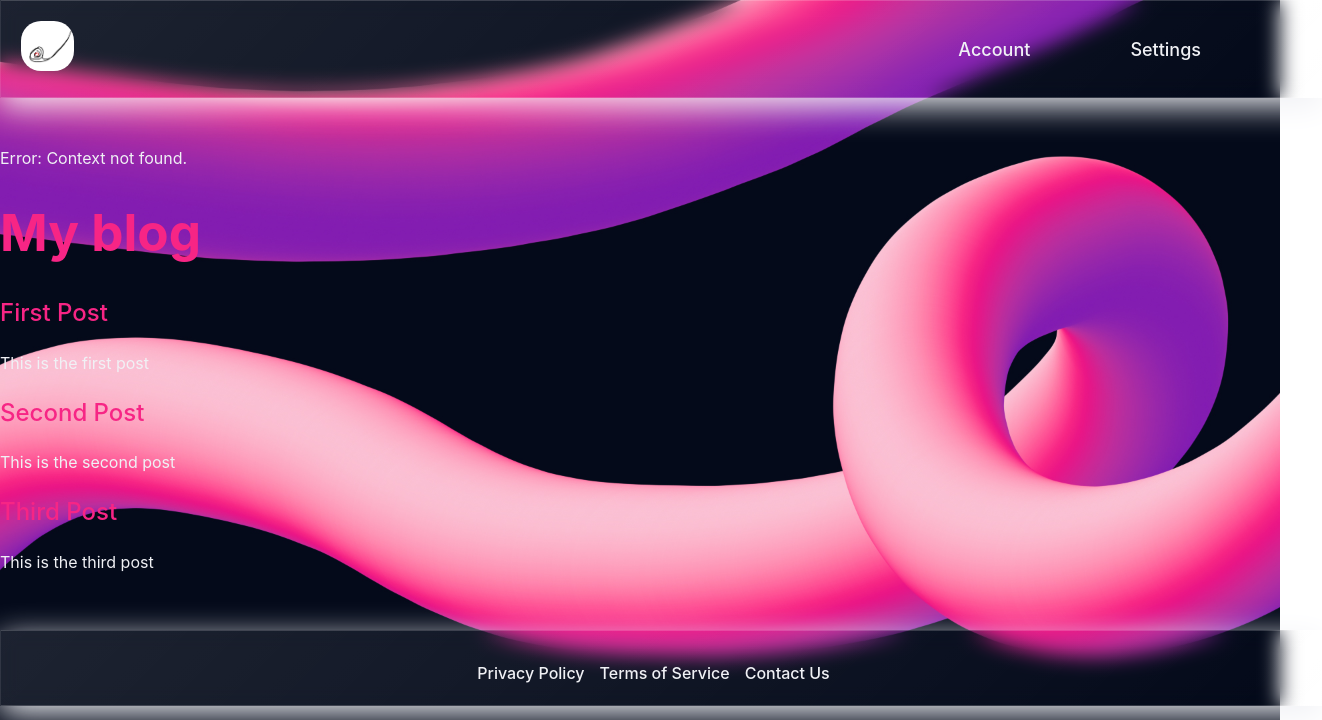
Repository: Jennica1/Front-end-project
Page: /feed (app in react/)
These files come from the project's save history. The page is drawn as it stood at one moment and after the next save; the edit follows.
The browser window is 1280 px wide. The page is 1322 px wide, so the pictures cover 1322 px, including what lies to the right of the window. The pictures show the whole page.
The project was rebuilt for these pictures with package versions that can differ from the ones it lists, and the page was loaded fresh each time. Also part of the build but not shown: react/vite.config.js, react/src/Components/Button/Button.css, react/src/Components/Button/Button.jsx, react/src/Components/Sidebar/Sidebar.css, react/src/Components/Sidebar/Sidebar.jsx, react/src/Components/Card/Card.css, react/src/Components/Card/Card.jsx, react/src/pages/Home.jsx and 18 more.

Above is the page before, as saved 2024-11-30 21:30:59.

### react/src/App.jsx
import React from "react";
import { BrowserRouter as Router, Route, Routes } from "react-router-dom";
import Header from "./Components/Header/Header";
import Footer from "./Components/Footer/Footer";
import Home from "./pages/Home";
import Explore from "./pages/Explore";
import Account from "./pages/Account";
import Settings from "./pages/Settings";
import Privacy from "./pages/Privacy";
import Contact from "./pages/Contact";
import Terms from "./pages/Terms";
import PlaylistPage from "./Components/PlaylistPage/PlaylistPage";
import Feed from "./pages/Feed";
import PostList from "./components/Feed/PostList";
import PostPage from "./Components/Feed/PostPage";

const App = () => {
  return (
    <Router>
      <Header />
      <main>
        <Routes>
          {/* Top-level routes */}
          <Route path="/" element={<Home />} />
          <Route path="/explore" element={<Explore />} />
          <Route path="/account" element={<Account />} />
          <Route path="/settings" element={<Settings />} />
          <Route path="/privacy" element={<Privacy />} />
          <Route path="/terms" element={<Terms />} />
          <Route path="/contact" element={<Contact />} />
          <Route path="/playlist/:name" element={<PlaylistPage />} />

          {/* Nested routes for Feed */}
          <Route path="/feed" element={<Feed />}>
            <Route index element={<PostList />} /> {/* Default child route */}
            <Route path="posts/:postId" element={<PostPage />} /> {/* Nested route */}
          </Route>
        </Routes>
      </main>
      <Footer />
    </Router>
  );
};

export default App;

### react/src/Components/Header/Header.jsx
import React from 'react';
import { Link } from 'react-router-dom';
import './Header.css';

const Header = () => {
    return (
        <header className="header">
            <div className="header-container">
            <Link to="/">
                <img src="./images/logo.png" alt="Logo" className="logo" />
            </Link>
                <nav>
                    <ul className="nav-list">
                        <li className="nav-item"><Link to="/account">Account</Link></li>
                        <li className="nav-item"><Link to="/settings">Settings</Link></li>
                    </ul>
                </nav>
            </div>
        </header>
    );
};

export default Header;

### react/src/Components/Footer/Footer.jsx
import React from 'react';
import { Link } from 'react-router-dom';
import './Footer.css';

const Footer = () => {
    return (
        <footer className="footer">
            <nav>
                <ul className="footer-list">
                    <li className="footer-item"><Link to="/privacy">Privacy Policy</Link></li>
                    <li className="footer-item"><Link to="/terms">Terms of Service</Link></li>
                    <li className="footer-item"><Link to="/contact">Contact Us</Link></li>
                </ul>
            </nav>
        </footer>
    );
};

export default Footer;

### react/src/pages/Feed.jsx
import { useEffect, useReducer } from "react";
import PostList from "../components/Feed/PostList";
import { Link, Outlet } from "react-router-dom";
import { appReducer } from "../Components/Feed/appContext";

// Hardcoded posts and comments
const hardcodedPosts = [
  { id: 1, title: "First Post", body: "This is the first post" },
  { id: 2, title: "Second Post", body: "This is the second post" },
  { id: 3, title: "Third Post", body: "This is the third post" },
];

const hardcodedComments = [
  { id: 1, postId: 1, body: "First comment on post 1" },
  { id: 2, postId: 1, body: "Second comment on post 1" },
  { id: 3, postId: 2, body: "First comment on post 2" },
  { id: 4, postId: 3, body: "First comment on post 3" },
];

function Feed() {
  const [posts, dispatch] = useReducer(appReducer, []);

  function getComments(comments, post) {
    return comments.filter((comment) => comment.postId === post.id);
  }

  useEffect(() => {
    const postsWithComments = hardcodedPosts.map((post) => ({
        ...post,
        comments: getComments(hardcodedComments, post),
    }));

    dispatch({
        type: "load_posts",
        payload: postsWithComments,
    });
}, []);


  return (
    <div className="App">

      <PostList posts={posts} />
      <Outlet context={{ posts, dispatch }} />
    </div>
  );
}

export default Feed;

### react/src/Components/Feed/PostList.jsx
import Post from './Post';
import { AppContext } from './appContext';

import { useOutletContext } from 'react-router-dom';

export default function PostList(){
    const context = useOutletContext();


    //If you remove this everything disappears idk why
    if (!context) {

        return <p>Error: Context not found.</p>;
    }

    const { posts } = context;

    if (!posts || posts.length === 0) {

    }

    return (
        <div className="posts">
            <h1>My blog</h1>
            {posts.map(post => <Post key={post.id} post={post} />)}
        </div>
    );
}

### react/src/Components/Header/Header.css
.header {
    background: linear-gradient(135deg, var(--transparentDarkGray), var(--transparentBlack));
    backdrop-filter: blur(10px);
    border: 1px solid var(--transparentBlack18);
    box-shadow: 0 8px 32px 0;
    padding: 20px;
    position: absolute;
    width: 100%;
    top: 0;
    left: 0;
}

.header-container {
    display: flex;
    align-items: center;
    justify-content: space-between;
    width: 100%;
}

.logo {
    height: 50px;
    border-radius: 20px;
}

.nav-list {
    display: flex;
    list-style-type: none;
    padding: 0;
    margin: 0;
}

.nav-item {
    margin-right: 100px;
}

.nav-item a {
    color: var(--color-light);
    text-decoration: none;
    font-size: 18px;
}

.nav-item a:hover {
    text-decoration: underline;
    color: var(--color-light);
}

### react/src/Components/Footer/Footer.css
.footer {
    background: linear-gradient(135deg,var(--transparentDarkGray),var(--transparentBlack));
    backdrop-filter: blur(10px);
    border:1px solid var(--transparentBlack18);
    box-shadow:0 8px 32px 0;
    color: var(--color-light);
    padding: 20px;
    text-align: center;
    position: absolute;
    left: 0;
    width: 100%;
    margin-top: 40px;
}

.footer-content {
    display: flex;
    flex-direction: column;
    align-items: center;
}

.footer-list {
    list-style-type: none;
    padding: 0;
    margin: 10px 0 0 0;
}

.footer-list .footer-item {
    display: inline;
    margin-right: 15px;
}

.footer-item a {
    color: var(--color-light);
    text-decoration: none;
}

.footer-item a:hover {
    text-decoration: underline;
    color: var(--color-light);
}

### react/src/pages/styles/Home.css
.container {
    display: flex;
    width: 100vw;
    backdrop-filter: blur(10px);
    max-width: 100%;
}

.sidebar {
    flex-basis: 25%;
    color: var(--color-light);
    padding: 20px;
    left: 0;
}

.recommended {
    display: flex;
    flex-direction: column;
    align-items: flex-start;
    margin-left: 8px;
}

.cardContainer {
    display: flex;
    flex-wrap: nowrap;
    overflow-x: auto;
    gap: 15px;
    backdrop-filter: blur(10px);
    border: 1px solid var(--transparentBlack18);
    box-shadow: 0 8px 32px 0;
    padding: 10px;
    border-radius: 12px;
    max-width: 100%;
}

.category {
    display: flex;
    justify-content: space-between;
    align-items: center;
    width: 100%;
    margin-bottom: 10px;
}

.category>h3{
    color: var(--color-light);
}

h1 {
    color: var(--color-primary);
}

.btn-group {
   display: flex;

}

.btn {
    margin: 4px;
}

@media (min-width: 701px) and (max-width: 1120px){
    .container {
        display: flex;
        width: 100vw;
        backdrop-filter: blur(10px);
        max-width: 100%;
        gap:16px;
    }

    .cardContainer {
        /* Hide 3 cards */
        display: flex;
        flex-wrap: nowrap; /* Use grid layout to control visibility */
        grid-template-columns: repeat(1, 1fr);
        overflow: hidden; /* Hide overflow */
    }

    /* Hide specific cards */
    .cardContainer > .card:nth-child(n+3) {
        display: none;
    }
}


@media (max-width: 700px) {
    .container{
        display: flex;
        width: 100vw;
        backdrop-filter: blur(10px);
        gap:40px;
    }

    .sidebar {
        flex-basis: 25%;
        color: var(--color-light);
        padding: 20px;
        left: 0;
        margin-left: -10px;
    }

    .cardContainer {
        /* Hide 3 cards */
        display: flex;
        flex-wrap: nowrap; /* Use grid layout to control visibility */
        grid-template-columns: repeat(1, 1fr);
        overflow: hidden; /* Hide overflow */
    }

    /* Hide specific cards */
    .cardContainer > .card:nth-child(n+2) {
        display: none;
    }
}

### react/src/Components/Feed/appContext.js
import { createContext } from 'react';

export const AppContext = createContext();

export function appReducer(posts, action) {
    switch(action.type){
        case 'load_posts': {
            return action.payload;
        }
        case 'add_comment': {
            const { payload } = action;
            const post = posts.find(p => p.id == payload.postId);

            const comments = [...post.comments, payload];

            const updatedPosts = posts.map(p => {
                if (p.id == payload.postId) {
                    return { ...post, comments };
                } else {
                    return p;
                }
            });

            return updatedPosts;
        }
        case 'update_comment': {
            const { payload } = action;
            const post = posts.find(p => p.id == payload.postId);

            const comments = post.comments.map(c => {
              if (c.id == payload.id) {
                return payload;
              } else {
                return c;
              }
            });

            const updatedPosts = posts.map(p => {
              if (p.id == payload.postId) {
                return { ...post, comments };
              } else {
                return p;
              }
            });

            return updatedPosts;
        }
        default: {
            throw new Error('Invalid action');
        }
    }
}

### react/src/Components/Feed/Post.jsx
import { Link } from 'react-router-dom';

export default function Post({ post }) {
    return (
        <div className="post">
            <h2>
                <Link to={`posts/${post.id}`}>{post.title}</Link>
            </h2>
            <p>{post.body}</p>
        </div>
    );
}

Loaded but not shown: react/index.html (common file); react/src/main.jsx (common file); react/src/index.css (common file)

After the next save:
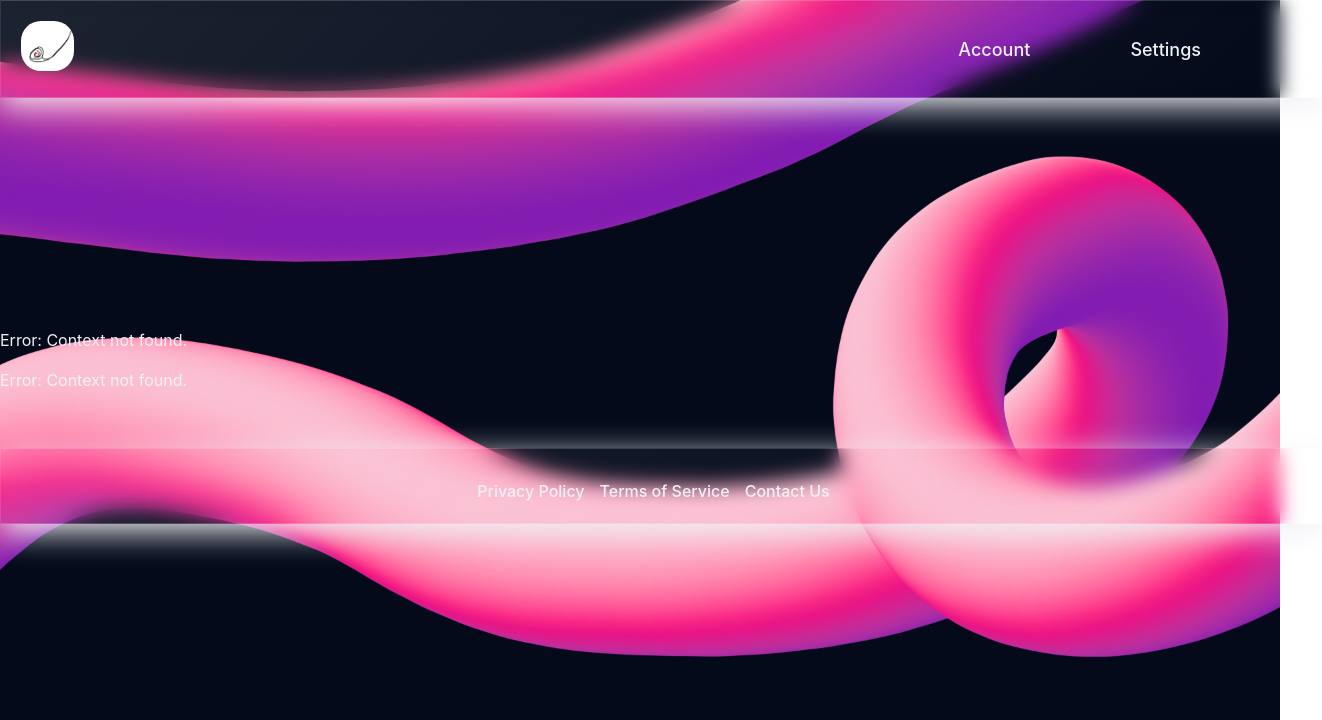
Saved 35 s later.
--- a/react/src/pages/Feed.jsx
+++ b/react/src/pages/Feed.jsx
@@ -41,7 +41,7 @@
     <div className="App">
 
       <PostList posts={posts} />
-      <Outlet context={{ posts, dispatch }} />
+      <Outlet  />
     </div>
   );
 }

After the save that followed:
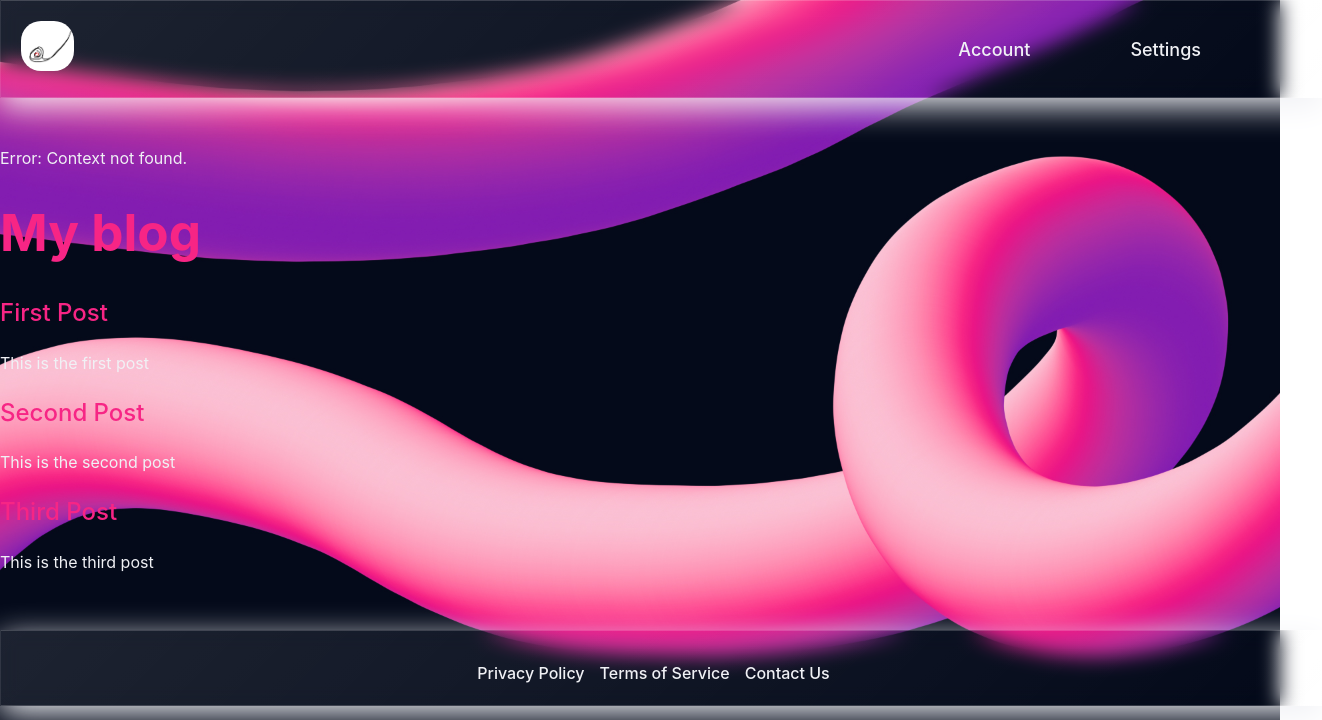
Saved 9 s later.
--- a/react/src/pages/Feed.jsx
+++ b/react/src/pages/Feed.jsx
@@ -41,7 +41,7 @@
     <div className="App">
 
       <PostList posts={posts} />
-      <Outlet  />
+      <Outlet context={{ posts, dispatch }} />
     </div>
   );
 }
